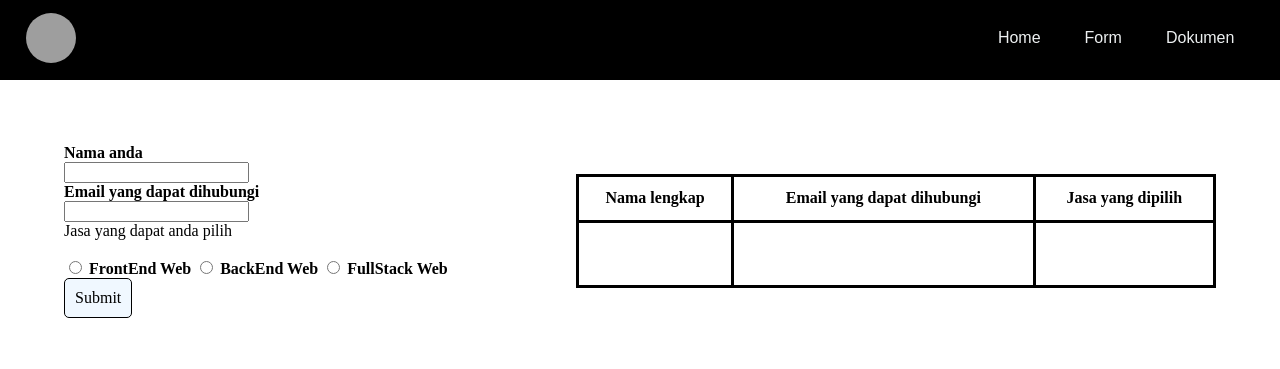
Repository: zecht12/TimModul
Page: TimModul.html
These files come from the project's save history. The page is drawn as it stood at one moment and after a run of saves; the edit follows.
The browser window is 1280 px wide. The pictures show the whole page.
Pictures or frames that could not be fetched are drawn as grey boxes.

Above is the page before, as saved 2023-03-14 13:41:19.

### TimModul.html
<!DOCTYPE html>
<html lang="en">
<head>
    <meta charset="UTF-8">
    <meta http-equiv="X-UA-Compatible" content="IE=edge">
    <meta name="viewport" content="width=device-width, initial-scale=1.0">
    <link rel="stylesheet" href="style.css">
    <title>Jasa Coding</title>
</head>
<body>
    <div style="height: 80px; width: 100%; background-color: black;">
        <header>
            <img src="./assets/wallpaper.jpg" alt="Image" style="height: 50px; width: 50px; border-radius: 100%;" >
            <ul class="nav_links">
                <li><a href="#">Home</a></li>
                <li><a href="#">Form</a></li>
                <li><a href="#">Dokumen</a></li>
            </ul>
        </headers>
    </div>
    <div class="forms">
        <form>
            <label for="Nama" class="Labelnama">Nama anda</label><br>
            <input type="text" id="Nama" name="Nama" class="Nama"><br>

            <label for="Email" class="Labelemail">Email yang dapat dihubungi</label><br>
            <input type="text" id="Email" name="Email" class="Email"><br>

            <p for="Pilihan" class="Pilihan">Jasa yang dapat anda pilih</p><br>
            <input type="radio" id="FrontEnd" name="fav_language" value="FrontEnd">
            <label for="FrontEnd">FrontEnd Web</label>

            <input type="radio" id="BackEnd" name="fav_language" value="BackEnd">
            <label for="BackEnd">BackEnd Web</label>

            <input type="radio" id="FullStack" name="fav_language" value="FullStack">
            <label for="FullStack">FullStack Web</label><br>

            <input type="submit" value="Submit" class="Button">
        </form>
        <table style="width: 50%; border-collapse: collapse;">
            <tr>
                <th>Nama lengkap</th>
                <th>Email yang dapat dihubungi</th>
                <th>Jasa yang dipilih</th>
            </tr>
            <tr>
                <td></td>
                <td></td>
                <td></td>
            </tr>
        </table>
    </div>
</body>
</html>

### style.css
body{
    height: auto;
    width: 100%;
    margin: auto;
    padding: auto;
}
header{
    display: flex;
    align-items: center;
    justify-content: space-between;
    padding-left: 2%;
    padding-right: 2%;
    padding-top: 1%;
}
li, a, button{
    font-family: "Montserrat", sans-serif;
    font-size: 16px;
    color: #edf0f1;
    text-decoration: none;
}
.nav_links{
    list-style: none;
}
.nav_links li{
    display: inline-block;
    padding: 0px 20px;
}
.nav_links li a:hover{
    color: #0088a9;
}
.forms{
    height: auto;
    width: 100%;
    display: flex;
    justify-content: space-around;
    align-items: center;
    padding-top: 5%;
}
th{
    height: 30px;
    text-align: center;
    color: black;
    font: bold;
    border-style:solid;
    border-color: black;
    padding: 1%;
}
td{padding: 1%;
    height: 50px;
    text-align: center;
    color: black;
    border-style:solid;
    border-color: black;
}
label {
    color: black;
    font-weight: bold;
    width: 130px;
}
.Button {
    padding: 10px;
    border: 1px solid black;
    background-color:aliceblue;
    border-radius: 5px;
    font: inherit;
    cursor: pointer;
}
.Button:hover{
    border: 1px solid #0088a9;
    background-color:#0088a9;
    cursor: pointer;
}
.Pilihan{
    margin: auto;
    p
}

After the next 2 saves:
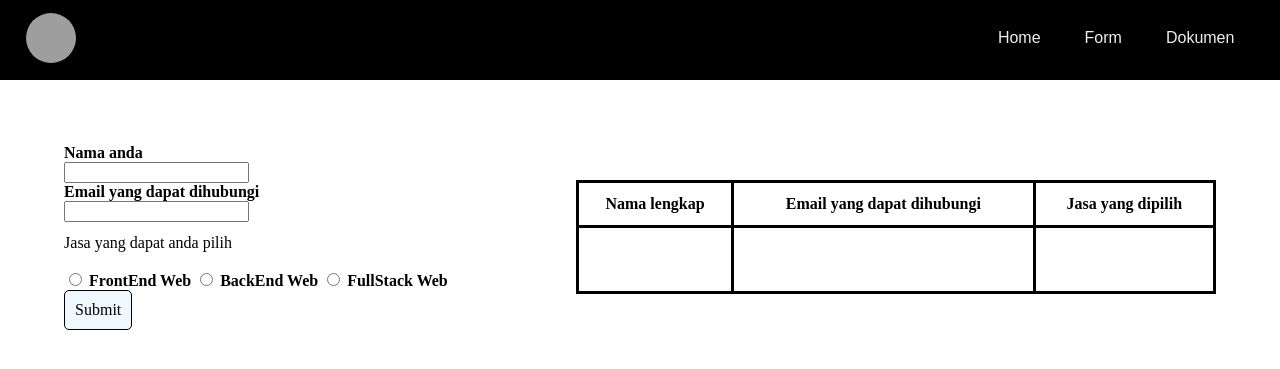
The 2 saves are shown as one change because they came seconds apart.
The last was saved 6 s later.
--- a/style.css
+++ b/style.css
@@ -72,5 +72,5 @@ label {
 }
 .Pilihan{
     margin: auto;
-    p
+    padding-top: 3%;
 }
